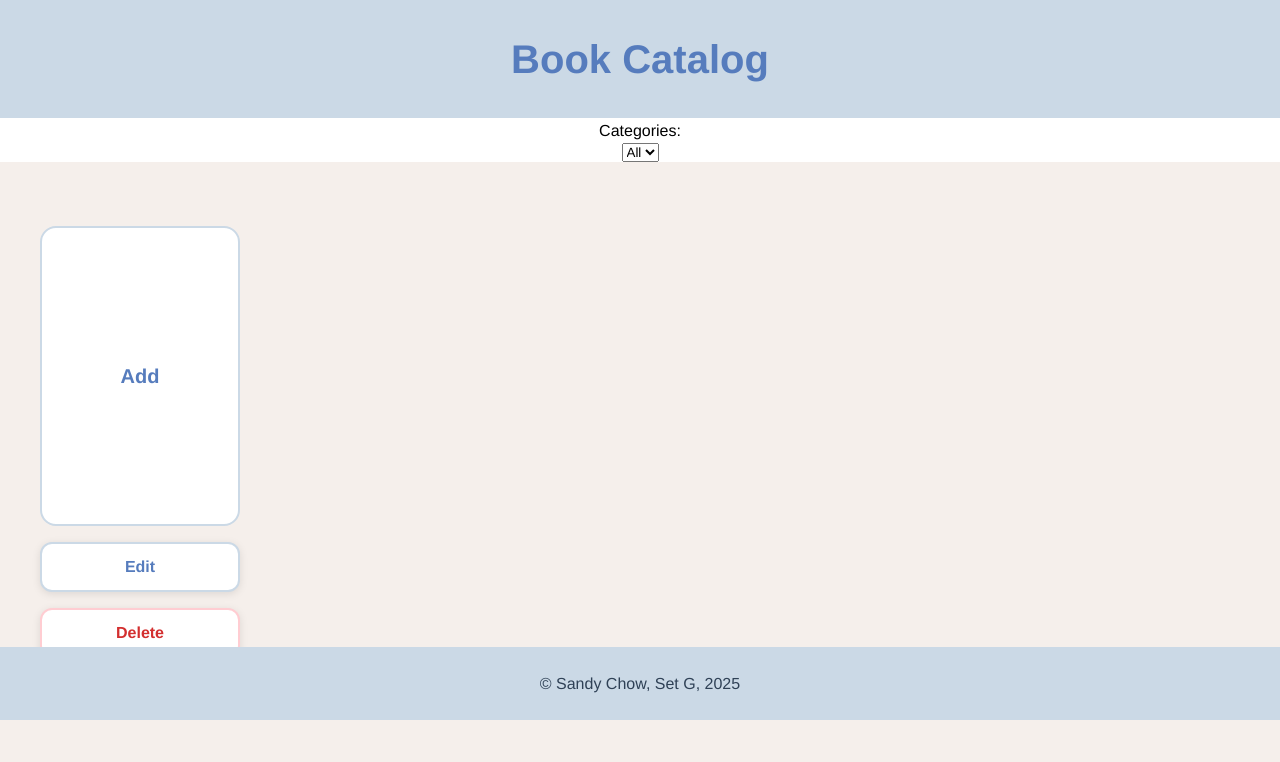
Repository: Bcit-sandy/COMP3170_Lab7
Page: /
These files come from the project's save history. The page is drawn as it stood at one moment and after a run of saves; the edit follows.
The browser window is 1280 px wide. The pictures show the whole page.
The project was rebuilt for these pictures with package versions that can differ from the ones it lists, and the page was loaded fresh each time. Also part of the build but not shown: vite.config.js, src/components/Info.jsx, src/components/Book.jsx.

Above is the page before, as saved 2025-10-25 23:41:56.

### index.html
<!doctype html>
<html lang="en">
  <head>
    <meta charset="UTF-8" />
    <link rel="icon" type="image/svg+xml" href="/vite.svg" />
    <meta name="viewport" content="width=device-width, initial-scale=1.0" />
    <title>Book Catalog App</title>
  </head>
  <body>
    <div id="root"></div>
    <script type="module" src="/src/main.jsx"></script>
  </body>
</html>

### src/main.jsx
import { StrictMode } from 'react';
import { createRoot } from 'react-dom/client';
import './index.css';
import './components/Modal/Modal.css';
import App from './App.jsx';

createRoot(document.getElementById('root')).render(
  <StrictMode>
    <App />
  </StrictMode>,
)

### src/index.css
:root {
  --light-blue-color: #CBD9E6;
  --blue-color: #567cbd;
  --beige-color: #f5efeb;
  --dark-blue-color: #2f4156;
  --white-color: #ffffff;
}

*{
  font-family: Helvetica, sans-serif
}

body {
  margin: 0;
  padding: 0;
  line-height: 1.6;
}

.app-header {
  background-color: var(--light-blue-color);
  min-height: 12vh;
  display: flex;
  flex-direction: column;
  align-items: center;
  justify-content: center;
}

.app-name {
  font-size: 2.5rem;
  color: var(--blue-color);
}

.app-main {
  background: var(--beige-color);
  width: 100%;
  min-height: 70vh;
  display: flex;
  flex-direction: column;
  align-items: center;
  justify-content: center;
  padding: 2rem 0;
  flex-wrap: wrap;
}

.app-main-content {
  background: var(--white-color);
  min-height: 10vh;
  width: 100%;
  display: flex;
  flex-direction: column;
  align-items: center;
  justify-content: center;
  padding: 2rem;
  border-radius: 12px;
  margin: 1rem;
  max-width: 1000px;
  flex-wrap: wrap;
}

.learn-more {
  color: var(--blue-color);
  text-decoration: none;
  transition: all 0.3s ease;
}

.learn-more:hover {
  color: var(--dark-blue-color);
  text-decoration: underline;
}

.app-main-content-text {
  font-size: 16px;
  color: var(--dark-blue-color);
  font-weight: 400;
  text-align: center;
  max-width: 600px;
  line-height: 1.7;
}

.add-button {
  background: var(--white-color);
  color: var(--blue-color);
  border: 2px solid var(--light-blue-color);
  border-radius: 16px;
  width: 200px;
  height: 300px;
  display: flex;
  align-items: center;
  justify-content: center;
  cursor: pointer;
  transition: all 0.3s ease;
  font-size: 1.25rem;
  font-weight: 600;
  box-shadow: 0 4px 12px var(--shadow-light);
  position: relative;
  overflow: hidden;

}

.add-button:hover {
  background-color: var(--blue-color);
  color: var(--white-color);
  box-shadow: 0 4px 15px rgba(0, 0, 0, 0.2);
  transform: translateY(-2px);
}

/* Update and Delete Button Styles */
.update-button,
.delete-button {
  background: var(--white-color);
  color: var(--blue-color);
  border: 2px solid var(--light-blue-color);
  border-radius: 12px;
  width: 200px;
  height: 50px;
  display: flex;
  align-items: center;
  justify-content: center;
  cursor: pointer;
  transition: all 0.3s ease;
  font-size: 1rem;
  font-weight: 600;
  box-shadow: 0 2px 8px rgba(0, 0, 0, 0.1);
  position: relative;
  overflow: hidden;
}

.update-button:hover {
  background-color: var(--blue-color);
  color: var(--white-color);
  border-color: var(--blue-color);
  box-shadow: 0 4px 12px rgba(86, 124, 189, 0.3);
  transform: translateY(-2px);
}

.delete-button {
  background: var(--white-color);
  color: #d32f2f;
  border: 2px solid #ffcdd2;
}

.delete-button:hover {
  background-color: #d32f2f;
  color: var(--white-color);
  border-color: #d32f2f;
  box-shadow: 0 4px 12px rgba(211, 47, 47, 0.3);
  transform: translateY(-2px);
}

.update-button:active,
.delete-button:active {
  transform: translateY(0);
  box-shadow: 0 2px 6px rgba(0, 0, 0, 0.2);
}

.app-content-container {
  display: grid;
  grid-template-columns: 200px 1fr;
  gap: 2rem;
  margin: 2rem auto;
  width: 100%;
  max-width: 1200px;
  padding: 0 1rem;
  margin-bottom: 10vh;
  align-items: start;
  justify-items: start;
  justify-content: center;
}

.add-button-column {
  grid-column: 1;
  grid-row: 1/ -1;
  display: flex;
  flex-direction: column;
  justify-content: center;
  align-items: center;
  gap: 1rem;
}

.button-group {
  display: flex;
  flex-direction: column;
  gap: 1rem;
  align-items: center;
  width: 100%;
}

.books-grid {
  grid-column: 2;
  display: grid;
  grid-template-columns: repeat(auto-fill, minmax(180px, 1fr));
  gap: 2rem;
  width: 100%;
  align-items: start;
  justify-items: start;
}

/* Responsive design --- smaller screens */
@media (max-width: 768px) {
  .app-main-content {
    width: 80%;
  }

  .app-content-container {
    grid-template-columns: auto;
    gap: 1rem;
  }

  .add-button-column {
    grid-row: 1/ -1;
    margin-bottom: 2rem;
  }

  .books-grid {
    grid-template-columns: repeat(auto-fill, minmax(180px, 1fr));
    gap: 2rem;
  }

  .add-button,
  .update-button,
  .delete-button {
    width: 150px;
    height: 45px;
    font-size: 0.9rem;
  }

  .add-button {
    height: 200px;
  }
}

.book-container {
  width: 200px;
  height: 300px;
  display: flex;
  flex-direction: column;
  align-items: center;
  border: none;
  background: var(--white-color);
  border-radius: 12px;
  transition: all 0.3s ease;
  overflow: hidden;
  justify-self: start;
  align-self: start;
}

.book-container:hover {
  transform: translateY(-4px);
  box-shadow: 0 8px 20px rgba(0, 0, 0, 0.15);
}

.book-container {
  cursor: pointer;
  position: relative;
}

.book-selected {
  border: 3px solid var(--blue-color) !important;
  background: var(--light-blue-color) !important;
  transform: translateY(-2px);
  box-shadow: 0 6px 16px var(--dark-blue-color) 50%;
}

.remove-button {
  position: absolute;
  top: 8px;
  right: 8px;
  background: var(--dark-blue-color);
  color: var(--white-color);
  border: none;
  border-radius: 50%;
  width: 25px;
  height: 25px;
  display: flex;
  align-items: center;
  justify-content: center;
  font-size: 16px;
  font-weight: bold;
  cursor: pointer;
  opacity: 0;
  transition: opacity 0.2s ease, background 0.2s ease;
  z-index: 2;
}

.book-container:hover .remove-button {
  opacity: 1;
}

.remove-button:hover {
  background: #d32f2f;
  transform: scale(1.1);
}

.book-cover {
  width: 100%;
  height: 100%;
  position: relative;
  overflow: hidden;
}

.book-cover-image {
  width: 100%;
  height: 100%;
  object-fit: cover;
  transition: transform 0.3s ease;
}

.book-container:hover .book-cover-image {
  transform: scale(1.05);
}

.book-price {
  font-size: 16px;
  background: var(--white-color);
  color: var(--dark-blue-color);
  margin: 0;
  width: 100%;
  height: 10px;
  font-weight: bold;
  text-align: center;
  padding: 0.75rem 0.5rem;
  display: flex;
  align-items: center;
  justify-content: center;
  border-top: 1px solid var(--light-blue-color);
}


.info-container {
  width: 100%;
  height: 50px;
  display: flex;
  align-items: center;
  justify-content: center;
  background: var(--light-blue-color);
  border-top: 1px solid var(--light-blue-color);
}

.info-link {
  font-size: 14px;
  color: var(--blue-color);
  background-color: var(--light-blue-color);
  width: 100%;
  height: 100%;
  font-weight: bold;
  text-decoration: none;
  cursor: pointer;
  transition: all 0.3s ease;
  display: flex;
  align-items: center;
  justify-content: center;
  border-radius: 0 0 12px 12px;
}

.info-link:hover {
  color: var(--dark-blue-color);
  text-decoration: underline;
  font-size: 16px;
}

.app-footer {
  background-color: var(--light-blue-color);
  color: var(--dark-blue-color);
  width: 100%;
  height: 10vh;
  display: flex;
  align-items: center;
  justify-content: center;
  position: fixed;
  bottom: 0;
  left: 0;
  border-top: 1px solid var(--light-blue-color);
  font-weight: 500;
  font-size: 16px;
}

### src/components/Modal/Modal.css
/* Modal dialog base */
dialog {
  border: none;
  border-radius: 16px;
  padding: 3rem;
  width: 100vw;
  max-width:400px;
  background: var(--white-color);
  box-shadow: 0 12px 40px rgba(0, 0, 0, 0.25);
}

/* Backdrop */
dialog::backdrop {
  background: rgba(47, 65, 86, 0.15);
  backdrop-filter: blur(2px);
}

/* Heading */
.new-book-form h2,
.form-container h2 {
  margin: 0 0 1rem 0;
  color: var(--blue-color);
  font-size: 1.5rem;
}

/* Form layout */
.new-book-form,
.form-container form {
  display: flex;
  flex-direction: column;
  gap: 1rem;
}

.new-book-form label,
.form-container .form-control label {
  color: var(--dark-blue-color);
  font-weight: bold;
  margin-bottom: 0.5rem;
}

.new-book-form input,
.form-container .form-control input {
    align-items: center;
    height: 1rem;
    font-size: 1rem;
    width: 100%;
    padding: 0.5rem;
    border: 2px solid var(--light-blue-color);
    border-radius: 10px;
}


/* Button style */
.button-primary,
.btn.primary {
  background: var(--blue-color);
  color: var(--white-color);
  border: 1px solid var(--blue-color);
  border-radius: 10px;
  padding: 0.5rem;
  width:50%;
  font-weight: bold;
  cursor: pointer;
}

.button-primary:hover,
.btn.primary:hover {
  background: var(--dark-blue-color);
}

.button-secondary {
  background: var(--white-color);
  color: var(--blue-color);
  border: 2px solid var(--light-blue-color);
  border-radius: 10px;
  padding: 0.5rem 0.9rem;
  font-weight: bold;
  cursor: pointer;
}

.button-secondary:hover {
  background: var(--blue-color);
  color: var(--white-color);
}

.form-container .form-control {
  display: flex;
  flex-direction: column;
}

/* Small screens */
@media (max-width: 480px) {
  dialog {
    width: 95vw;
    padding: 1.25rem;
  }
}

### src/App.jsx
import { useState } from "react";
import Book from "./components/Book";
import Add from "./components/New";
import Main from "./components/Main";
import data from "../data/books.json";
import Filter from "./components/Filter/Filter";

function App() {
  const [books, setBooks] = useState(data);
  const [selectedBook, setSelectedBook] = useState(null);

  function getBooks(bookData) {
    const isSelected = selectedBook && (selectedBook.isbn13 || selectedBook.title) === (bookData.isbn13 || bookData.title);
    return (
      <Book
        key={bookData.isbn13 || bookData.title}
        data={bookData}
        onSelect={handleBookSelection}
        isSelected={isSelected}
      />
    );
  }

  function handleBookSelection(book) {
    // If clicking the same book that's already selected, unselect it
    if (selectedBook && (selectedBook.isbn13 || selectedBook.title) === (book.isbn13 || book.title)) {
      setSelectedBook(null);
    } else {
      // Otherwise, select the clicked book
      setSelectedBook(book);
    }
  }

  function handleUpdateBook(updatedBook) {
    setBooks(prevBooks =>
      prevBooks.map(book =>
        (book.isbn13 || book.title) === (updatedBook.isbn13 || updatedBook.title)
          ? updatedBook
          : book
      )
    );
    setSelectedBook(updatedBook);
  }

  function handleDeleteBook() {
    if (selectedBook) {
      setBooks(prevBooks => prevBooks.filter(book =>
          (book.isbn13 || book.title) !== (selectedBook.isbn13 || selectedBook.title)
        ));
        setSelectedBook(null);
    } else {
      alert("Please select a book to delete");
    }
  }

  function handleAddBook(newBook) {
    setBooks(prevBooks => [...prevBooks, newBook]);
  }

  const categories = [...new Set(books.map(book => book.category))];

  return (
    <div>
      <header className="app-header">
       <h1 className="app-name">Book Catalog</h1>
      </header>

      <Filter/>
      <main className="app-main">

        <div className="app-content-container">
          <div className="add-button-column">
            <Add
              onDelete={handleDeleteBook}
              onAddBook={handleAddBook}
              book={selectedBook}
              update={handleUpdateBook}
            />
          </div>
          <Main>
            {books.map(getBooks)}
          </Main>
        </div>
      </main>

      <footer className="app-footer">
        <p>&copy; Sandy Chow, Set G, 2025</p>
      </footer>
    </div>

  )
}

export default App;

### src/components/New.jsx
import Modal from "./Modal/Modal";
import BookForm from "./Bookform";

function Add ({ onDelete, onAddBook, book, update }) {
  return (
    <div className="button-group">
      <Modal btnLabel="Add" btnClassName="add-button">
        <BookForm onAddBook={onAddBook} />
      </Modal>

      <Modal btnLabel="Edit" btnClassName="update-button">
        <BookForm book={book} add={update} onAddBook={onAddBook}/>
      </Modal>

      <button
        className="delete-button"
        onClick={onDelete}
        title="Delete selected book"
      >
        Delete
      </button>
    </div>
  )
}

export default Add

### src/components/Main.jsx
export default function Main({children}) {
    return (
        <main className="books-grid">
            {children}
        </main>
    );
}

### data/books.json
    [
]

### src/components/Filter/Filter.jsx
import "./Filter.css";
import { useState } from "react";
function Filter({ categories = [] }) {
    const [filter, setFilter] = useState('');
    return (
        <div className="filter-container">
            Categories:
            <select
                value={filter}
                onChange={(e) => setFilter(e.target.value)}>
                <option value=''>All</option>
                {[...categories].map((category) => (
                    <option value={category}>{category}</option>
                ))}
            </select>
        </div>
    );
}

export default Filter;

### src/components/Modal/Modal.jsx
import { useRef } from 'react';

function Modal({ btnLabel, btnClassName, children }) {

    const modalRef = useRef();

    function openModal() {
        modalRef.current.showModal();
    }

    function closeModal() {
        modalRef.current.close();
    }

    return (
        <>
            <button onClick={openModal} className={btnClassName}>{btnLabel}</button>
            <dialog ref={modalRef}>
                {children}
            </dialog>
        </>
    );

}

export default Modal;

### src/components/Bookform.jsx
import { useState } from "react";
import { nanoid } from "nanoid";

function BookForm({book, add, onAddBook}) {
    const [formData, setFormData] = useState({
        title: book?.title || '',
        author: book?.author || '',
        publisher: book?.publisher || '',
        year: book?.year || '',
        language: book?.language || '',
        pages: book?.pages || '',
        image: book?.image || ''
    });

    function handleChange(e) {
        const { name, value } = e.target;
        setFormData(prev => ({
            ...prev,
            [name]: value
        }));
    }

    function handleSubmit(e) {
        e.preventDefault();

        if (book) {
            // Edit mode - update existing book
            const updatedBook = {
                ...book,
                title: formData.title,
                author: formData.author,
                publisher: formData.publisher,
                year: formData.year,
                language: formData.language,
                pages: formData.pages,
                image: formData.image
            };
            add(updatedBook);
        } else {
            // Add mode - create new book
            const newBook = {
                title: formData.title,
                author: formData.author,
                publisher: formData.publisher,
                year: formData.year,
                language: formData.language,
                pages: formData.pages,
                image: formData.image,
                url: '#',
                isbn13: nanoid(),
                selected: false
            };
            if (onAddBook) {
                onAddBook(newBook);
            }
        }

        // Close modal
        const modal = document.querySelector('dialog[open]');
        if (modal) {
            modal.close();
        }

        // Reset form
        setFormData({
            title: '',
            author: '',
            publisher: '',
            year: '',
            language: '',
            pages: '',
            image: ''
        });
    }

    return (
        <div className="form-container">
            <h2> {book ? 'Edit book' : 'Add a new book'} </h2>
            <form onSubmit={handleSubmit}>
                <div className="form-control">
                    <label htmlFor="title"> Title </label>
                    <input
                        type="text"
                        name="title"
                        placeholder="Title..."
                        value={formData.title}
                        onChange={handleChange}
                    />
                </div>

                <div className="form-control">
                    <label htmlFor="author"> Author </label>
                    <input
                        type="text"
                        name="author"
                        placeholder="Author..."
                        value={formData.author}
                        onChange={handleChange}
                    />
                </div>

                <div className="form-control">
                     <label htmlFor="publisher"> Publisher </label>
                    <input
                        type="text"
                        name="publisher"
                        placeholder="Publisher..."
                        value={formData.publisher}
                        onChange={handleChange}
                    />
                </div>

                <div className="form-control">
                     <label htmlFor="year"> Publication Year </label>
                    <input
                        type="number"
                        name="year"
                        placeholder="Publication Year..."
                        value={formData.year}
                        onChange={handleChange}
                        min="1000"
                        max="2025"
                    />
                </div>

                <div className="form-control">
                     <label htmlFor="language"> Language </label>
                    <input
                        type="text"
                        name="language"
                        placeholder="Language..."
                        value={formData.language}
                        onChange={handleChange}
                    />
                </div>

                <div className="form-control">
                     <label htmlFor="pages"> Pages </label>
                    <input
                        type="number"
                        name="pages"
                        placeholder="Pages..."
                        value={formData.pages}
                        onChange={handleChange}
                        min="1"
                    />
                </div>

                <div className="form-control">
                     <label htmlFor="image"> Image URL </label>
                    <input
                        type="url"
                        name="image"
                        placeholder="https://..."
                        value={formData.image}
                        onChange={handleChange}
                    />
                </div>

                <button className="btn primary" type="submit">
                    {book ? 'Update' : 'Submit'}
                </button>
            </form>
        </div>
    );
}

export default BookForm;

### src/components/Filter/Filter.css
.filter-container {
    display: flex;
    flex-direction: column;
    align-items: center;
    justify-content: center;
    padding: 0 2rem;
    background-color: white;
}

After the next 2 saves:
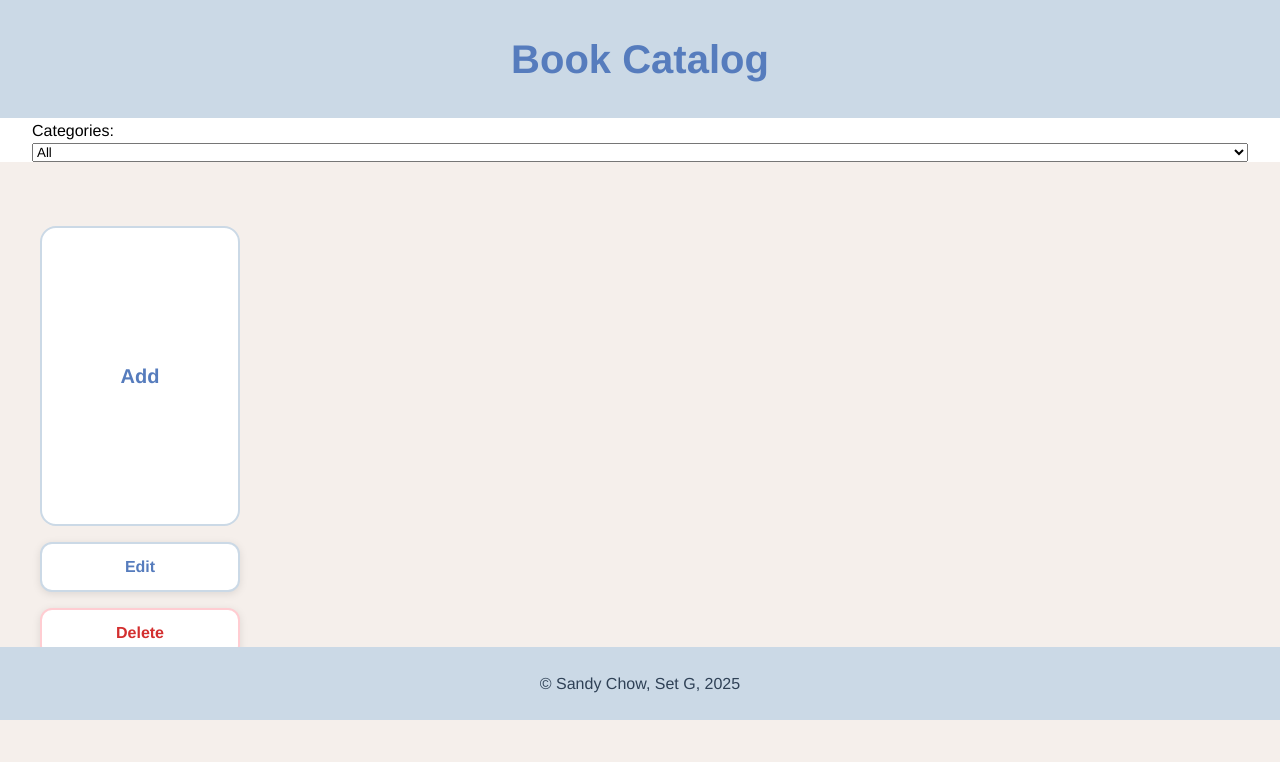
The 2 saves are shown as one change because they came seconds apart.
The last was saved 8 s later.
--- a/src/components/Filter/Filter.css
+++ b/src/components/Filter/Filter.css
@@ -1,8 +1,8 @@
 .filter-container {
     display: flex;
     flex-direction: column;
-    align-items: center;
-    justify-content: center;
+    align-items: left;
+    justify-content: left;
     padding: 0 2rem;
     background-color: white;
 }
